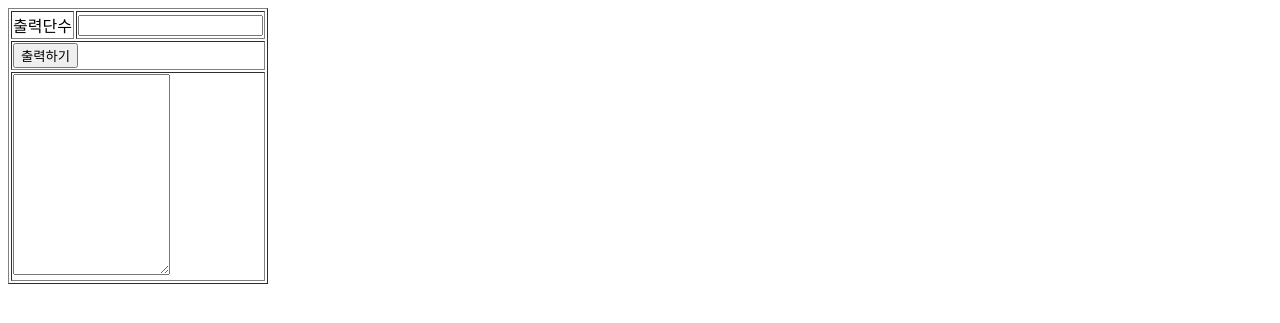
Repository: seonyeob94/BasicReact
Page: HELLO_HTML/js03.html
These files come from the project's save history. The page is drawn as it stood at one moment and after the next save; the edit follows.
The browser window is 1280 px wide. The pictures show the whole page.

Above is the page before, as saved 2025-05-12 08:19:04.
Console error: SyntaxError: Unexpected end of input

After the next save:
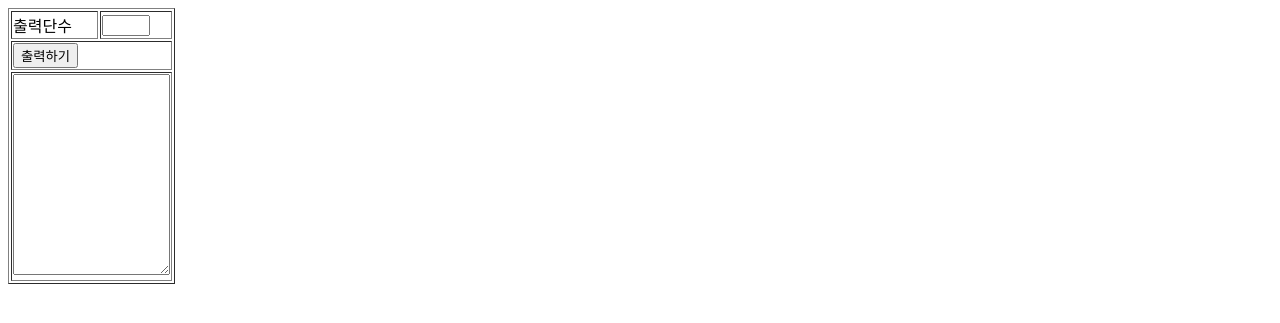
The error is gone.
Saved 40 s later.
--- a/HELLO_HTML/js03.html
+++ b/HELLO_HTML/js03.html
@@ -3,8 +3,31 @@
 <head>
 <meta charset="UTF-8">
 <title>Insert title here</title>
+<style type="text/css">
+#it{
+	width:  40px;
+}
+</style>
 <script type="text/javascript">
-function
+document.addEventListener("DOMContentLoaded", () => {
+	const input = document.getElementById("it");
+	const tarea = document.getElementById("ta");
+	const btn = document.querySelector('input[type="button"]');
+
+	 btn.addEventListener("click", () => {
+		  const num = parseInt(input.value); // 입력값을 숫자로 변환
+	        let str = "";
+
+
+	            for (let i = 1; i <= 9; i++) {
+	              str += `${num} x ${i} = ${num * i}\n`;
+	            }
+
+
+	          tarea.value = str;
+
+		  });
+})
 </script>
 </head>
 <body>
